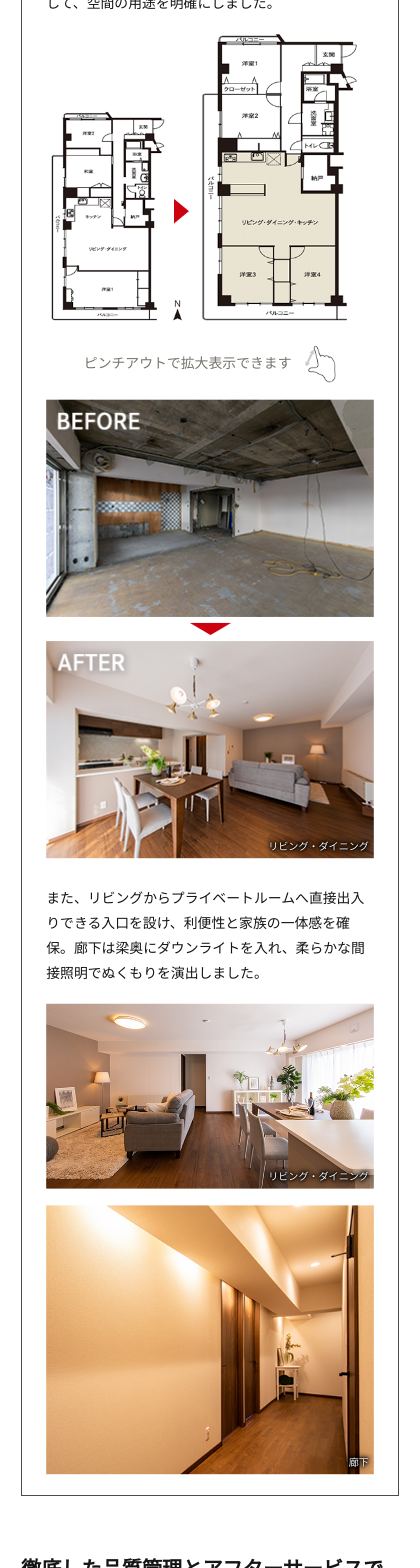
Repository: duongspm/group-kansai_new-data
Page: group-kansai_new/pickup/column07.html
An editor plug-in stored every save of this project. The page is shown before and after the next save, followed by the edit.
The browser window is 600 px wide. The pictures show the part of the page from y = 4260 to 6500 px (the page is 8677 px tall before and 8687 px after), at 70% of full size.

Above is the page before, as saved 2023-07-03 08:27:08.

After the next save:
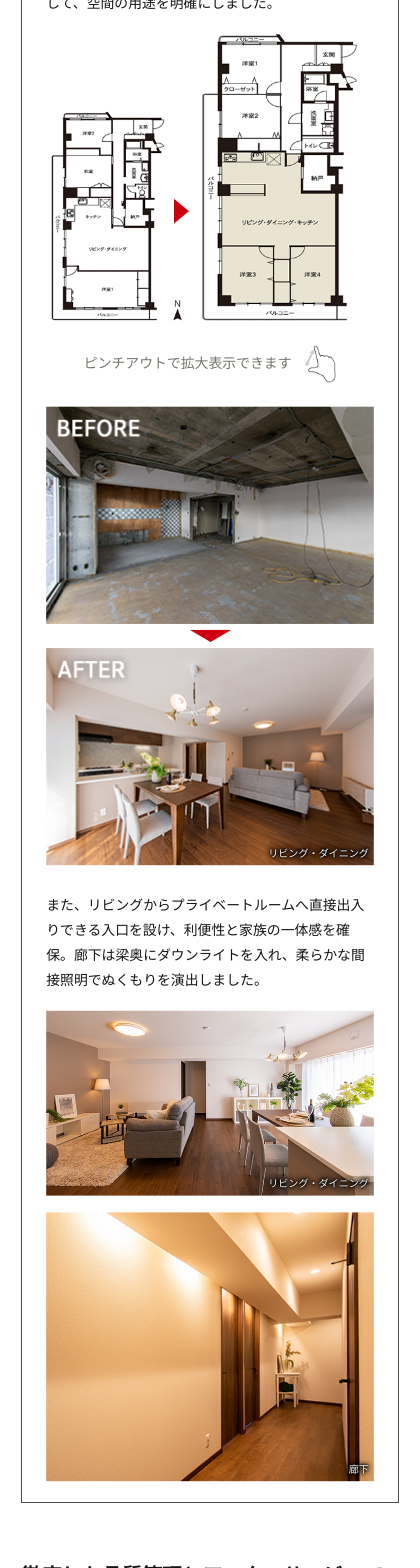
Saved 81 s later.
--- a/group-kansai_new/pickup/css/column.css
+++ b/group-kansai_new/pickup/css/column.css
@@ -269,7 +269,7 @@
         align-items: center;
     }
     .column07-zoom{
-        padding-bottom: 25px;
+        padding-bottom: 35px;
     }
     .column07__btn{
         position: relative;
